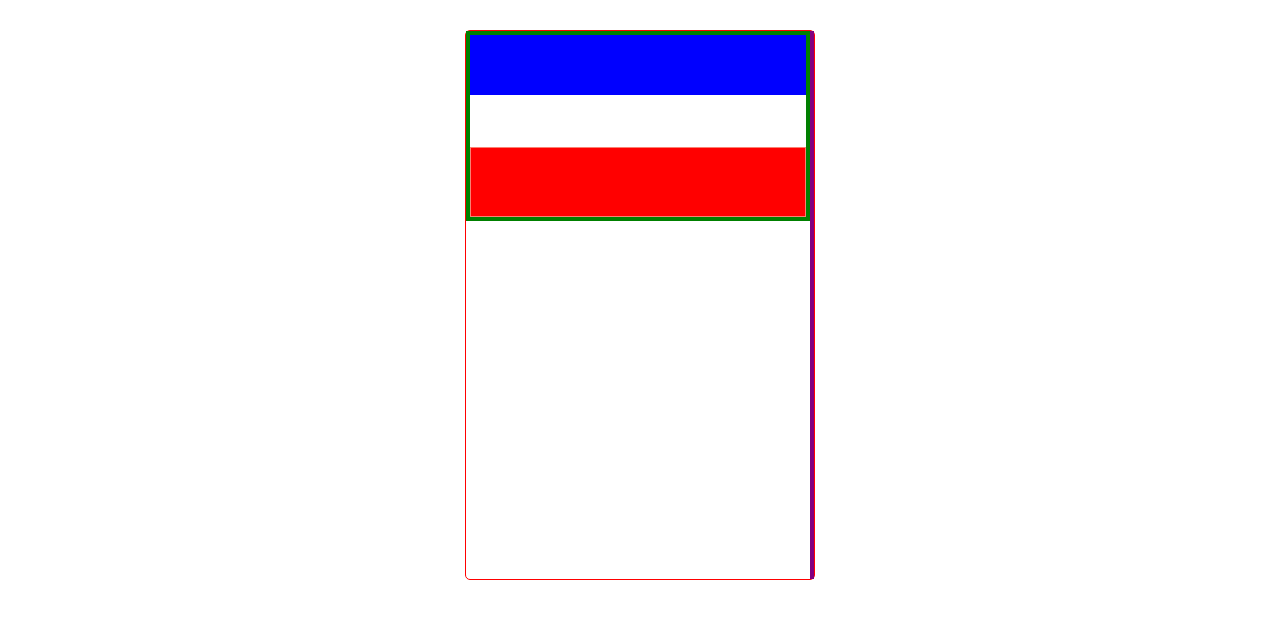
Repository: OfirLana/Calculator
Page: index.html
These files come from the project's save history. The page is drawn as it stood at one moment and after the next save; the edit follows.
The browser window is 1280 px wide. The pictures show the whole page.

Above is the page before, as saved 2019-03-12 17:46:26.

After the next save:
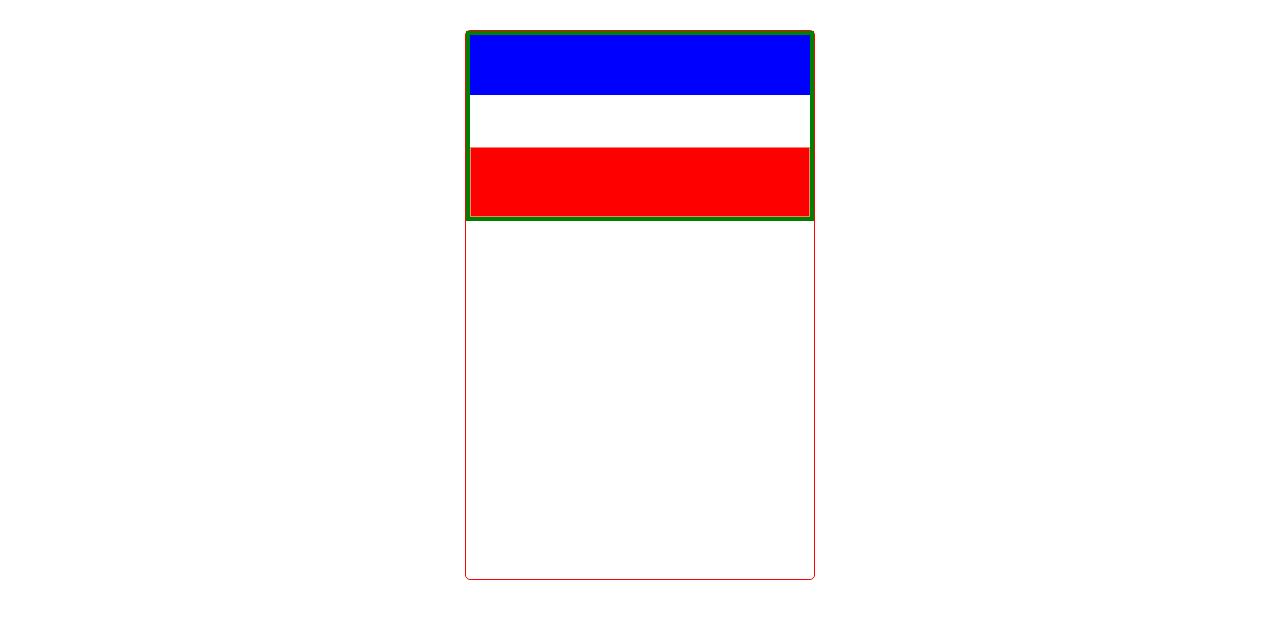
Saved 96 s later.
--- a/style.css
+++ b/style.css
@@ -52,6 +52,7 @@
 
 .opeartor_box{
     display:flex;
+    flex-
     border:2px solid purple;
     height:100%;
 }

After the 2 saves that followed:
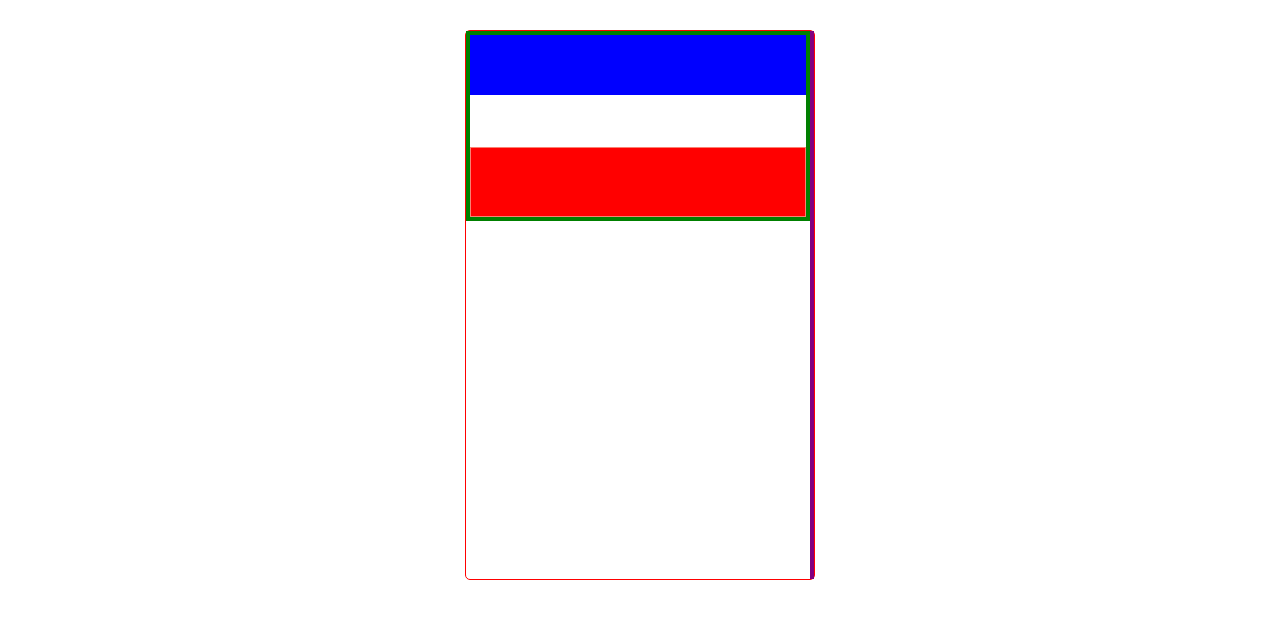
The 2 saves are shown as one change because they came seconds apart.
The last was saved 10 s later.
--- a/style.css
+++ b/style.css
@@ -52,7 +52,7 @@
 
 .opeartor_box{
     display:flex;
-    flex-
+
     border:2px solid purple;
     height:100%;
 }
